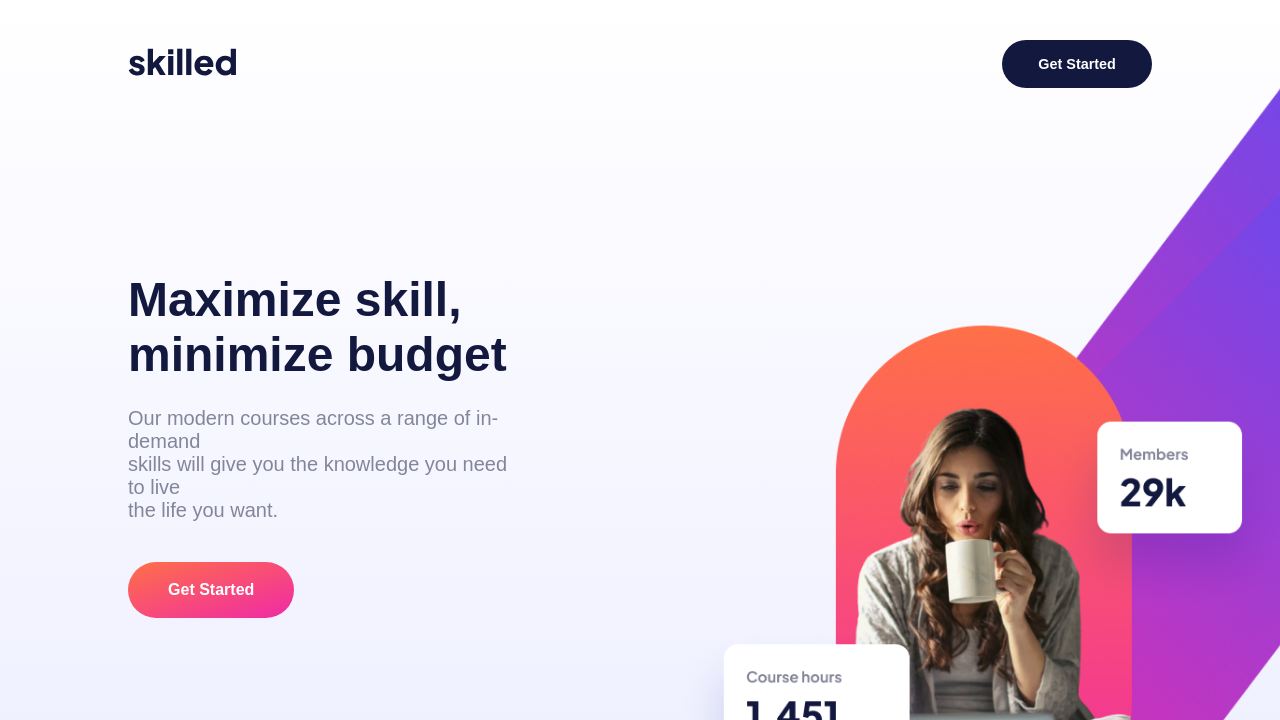
Repository: exe-walt/E-Learning-Landing-Page
Page: index.html
These files come from the project's save history. The page is drawn as it stood at one moment and after the next save; the edit follows.
The browser window is 1280 px wide. The pictures show the whole page.
An inner scrolling area shows only its first screen. Some web fonts or font styles are not loaded; a fallback is used.

Above is the page before, as saved 2025-05-30 18:05:52.

After the next save:
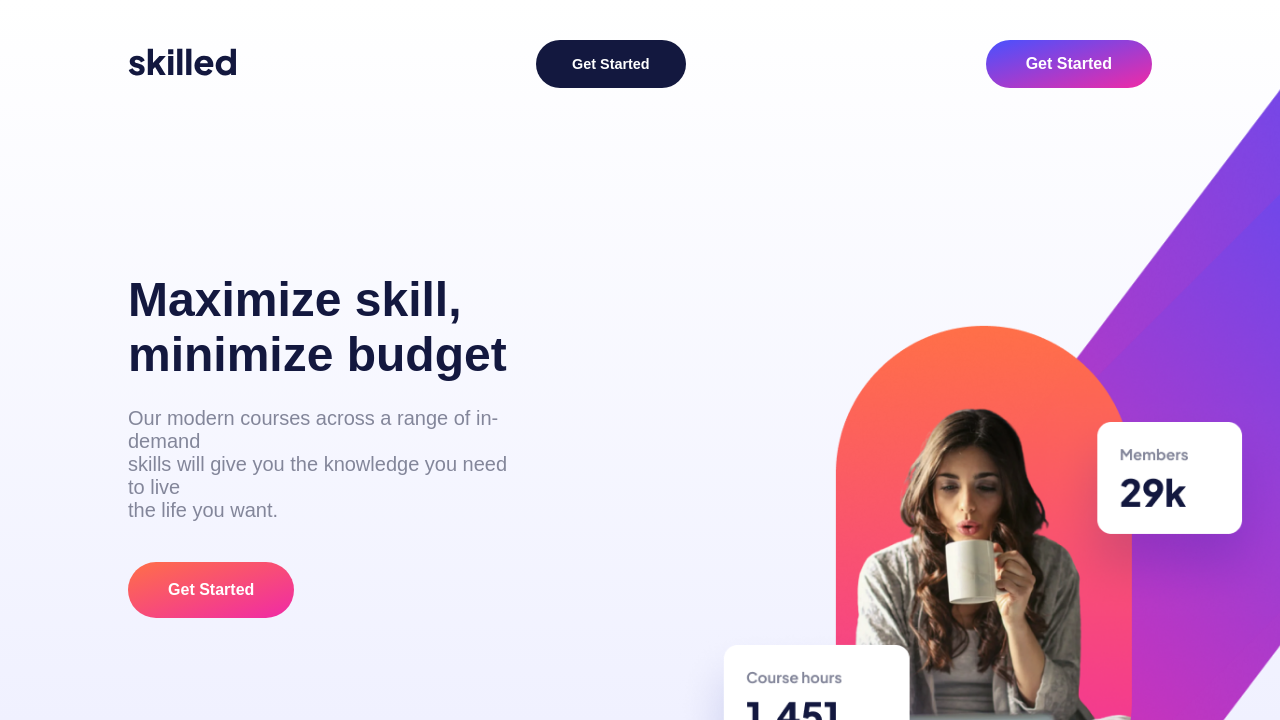
Saved 63 s later.
--- a/index.html
+++ b/index.html
@@ -17,6 +17,9 @@
           <img src="img/skilled-logo.svg" alt="logo">
         </li>
         <li class="navbar-btn">
+          <button>Get Started</button> <!-- Call-to-action button -->
+        </li>
+        <li class="footer-btn">
           <button>Get Started</button> <!-- Call-to-action button -->
         </li>
       </ul>

After the save that followed:
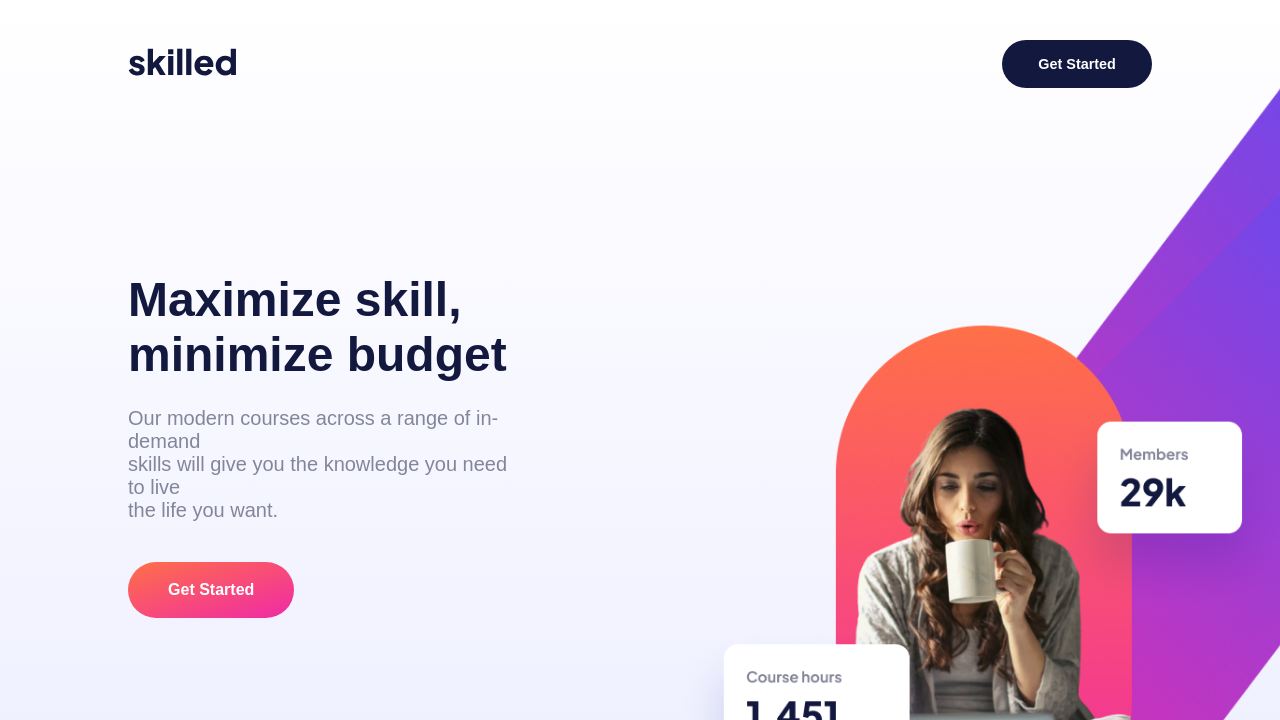
Saved 23 s later.
--- a/index.html
+++ b/index.html
@@ -17,9 +17,6 @@
           <img src="img/skilled-logo.svg" alt="logo">
         </li>
         <li class="navbar-btn">
-          <button>Get Started</button> <!-- Call-to-action button -->
-        </li>
-        <li class="footer-btn">
           <button>Get Started</button> <!-- Call-to-action button -->
         </li>
       </ul>
